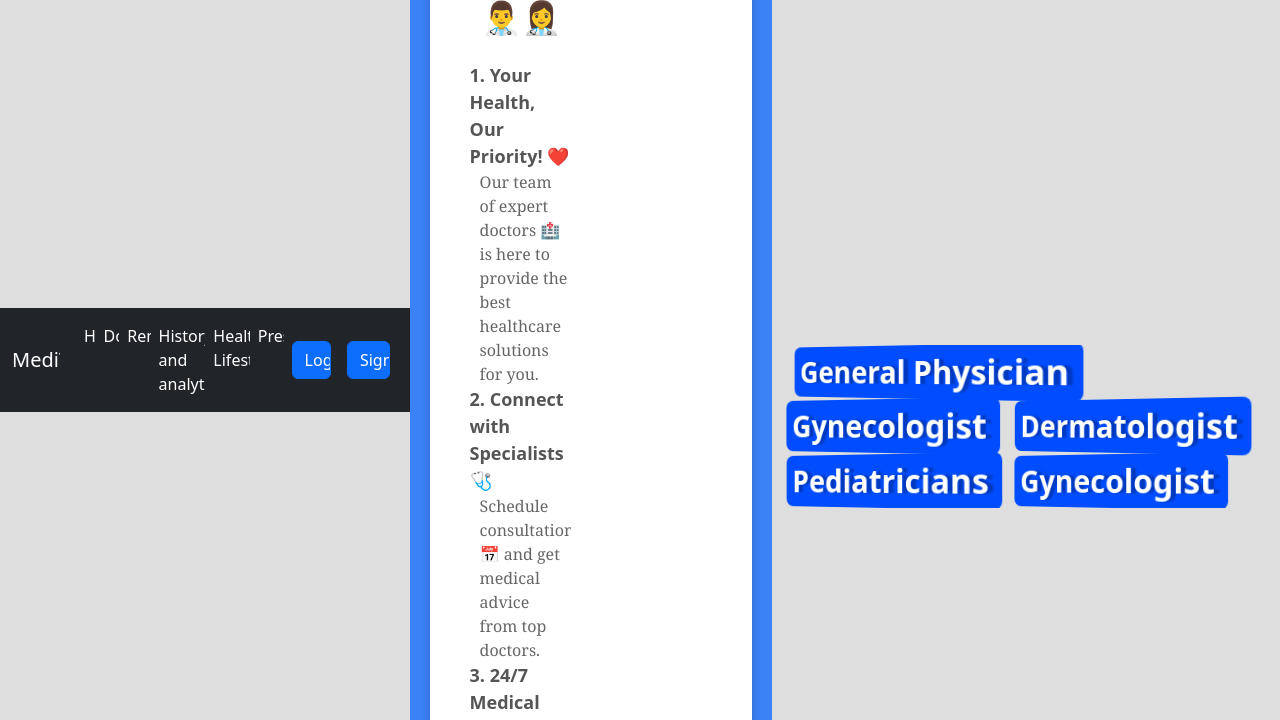
Repository: rahul-chakradhari/PillWise
Page: /doctors (app in frontend/)
These files come from the project's save history. The page is drawn as it stood at one moment and after the next save; the edit follows.
The browser window is 1280 px wide. The pictures show the whole page.
The page's requests for data from a server got no answer. The project was rebuilt for these pictures with package versions that can differ from the ones it lists, and the page was loaded fresh each time. No one was signed in, and anything a server would have sent is missing. Also part of the build but not shown: frontend/vite.config.js, frontend/src/components/Home.jsx, frontend/src/components/History.jsx, frontend/src/components/Remainder.jsx, frontend/src/components/Healthy.jsx, frontend/src/components/Prescription.jsx.

Above is the page before, as saved 2025-03-06 18:09:07.

After the next save:
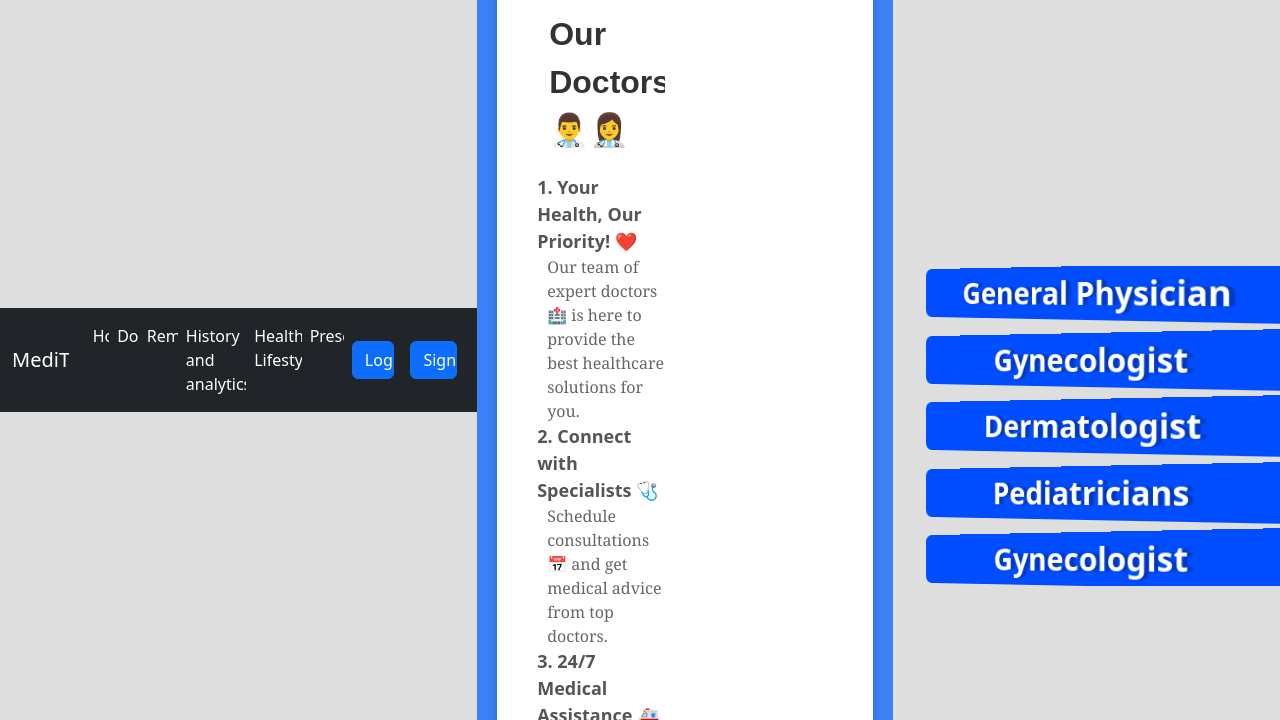
Saved 54 s later.
--- a/frontend/src/components/styles.css
+++ b/frontend/src/components/styles.css
@@ -228,5 +228,8 @@
   margin-left: 582px;
 }
 .stylish {
+  display: flex;
+  flex-direction: column;
+  gap: 12px;
   margin-top: 12px;
 }
